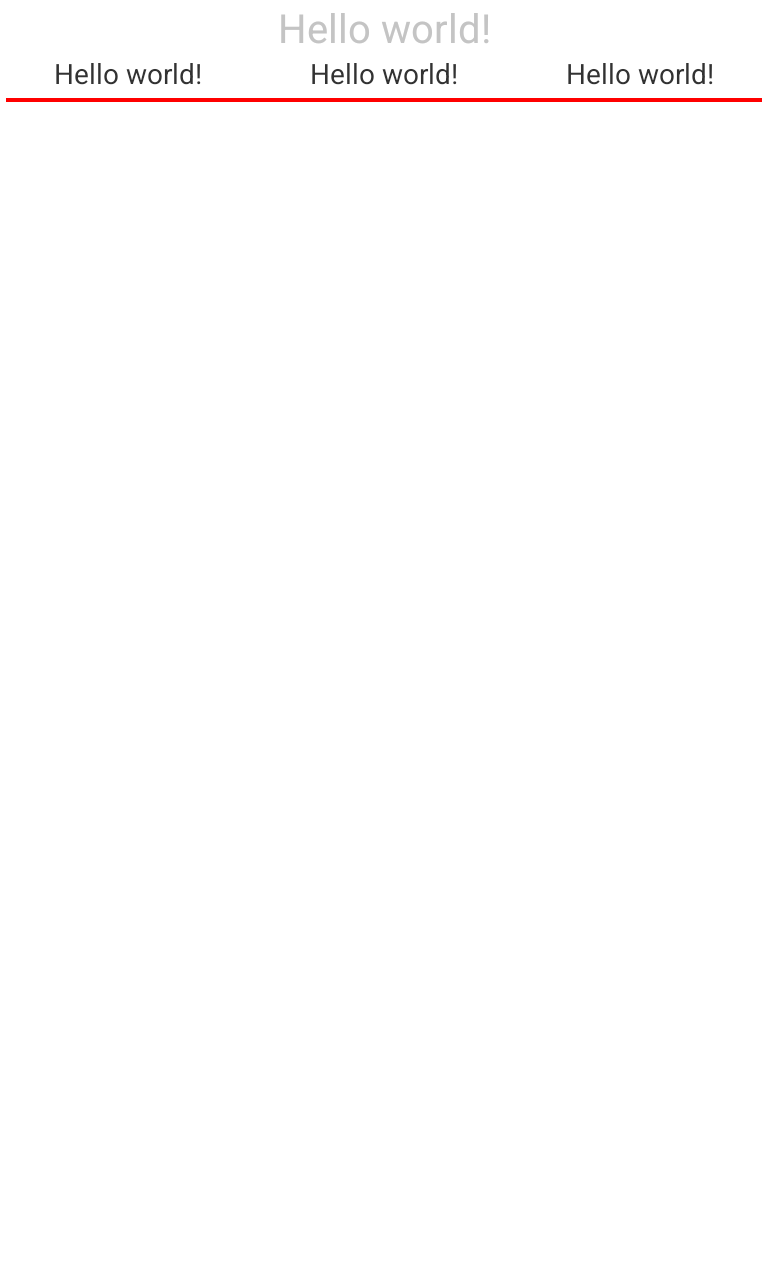
Repository: colincove/IAT381-Android
Layout: ColinCove_Assignment02/res/layout/activity_sensor_info.xml
An editor plug-in stored every save of this project. The layout is shown before and after the next save, followed by the edit.
It is drawn on a 768 x 1280 px phone screen (xhdpi) without system bars, with theme AppTheme; the app's code is not run.

Above is the layout before, as saved 2013-10-04 18:58:34.

After the next save:
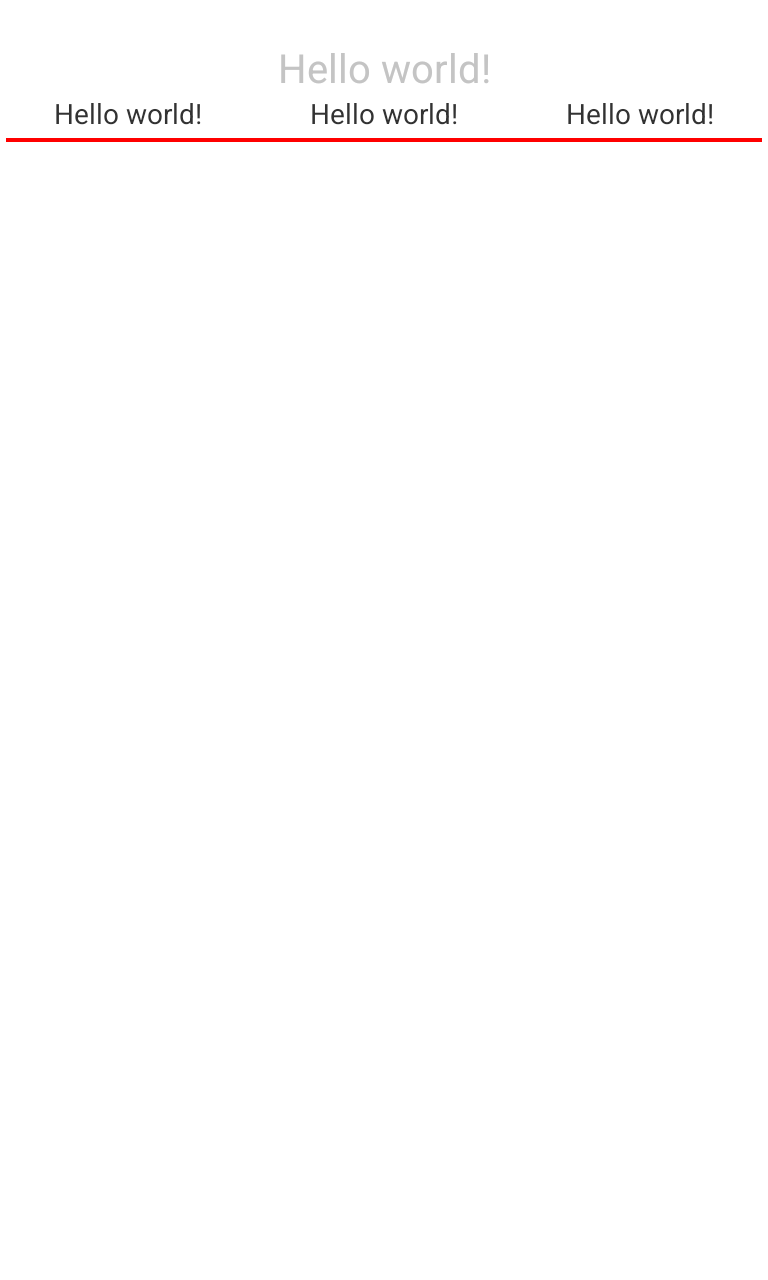
Saved 15 s later.
--- a/ColinCove_Assignment02/res/layout/activity_sensor_info.xml
+++ b/ColinCove_Assignment02/res/layout/activity_sensor_info.xml
@@ -12,6 +12,7 @@
         >
         <TextView
   android:textColor="@color/low_contrast"
+  android:layout_marginTop="20dip"
             android:textSize="20sp"
             android:gravity="center"
            android:layout_span="3"
